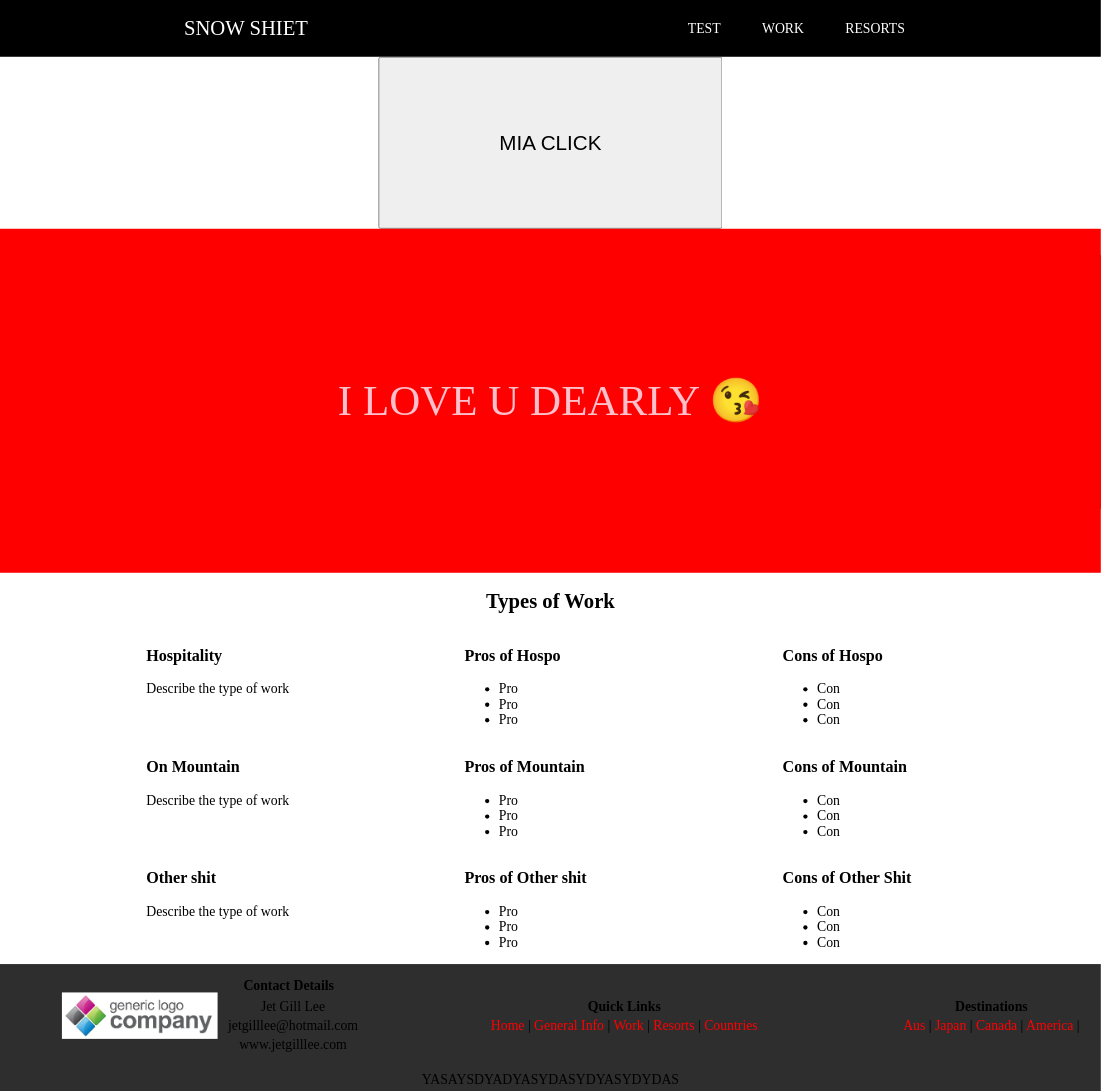
Repository: Jet-Gill-Lee/SnowSite
Page: work-overview.html
These files come from the project's save history. The page is drawn as it stood at one moment and after the next save; the edit follows.
The browser window is 1280 px wide. The pictures show the whole page, at 86% of full size.

Above is the page before, as saved 2021-07-25 00:17:17.

After the next save:
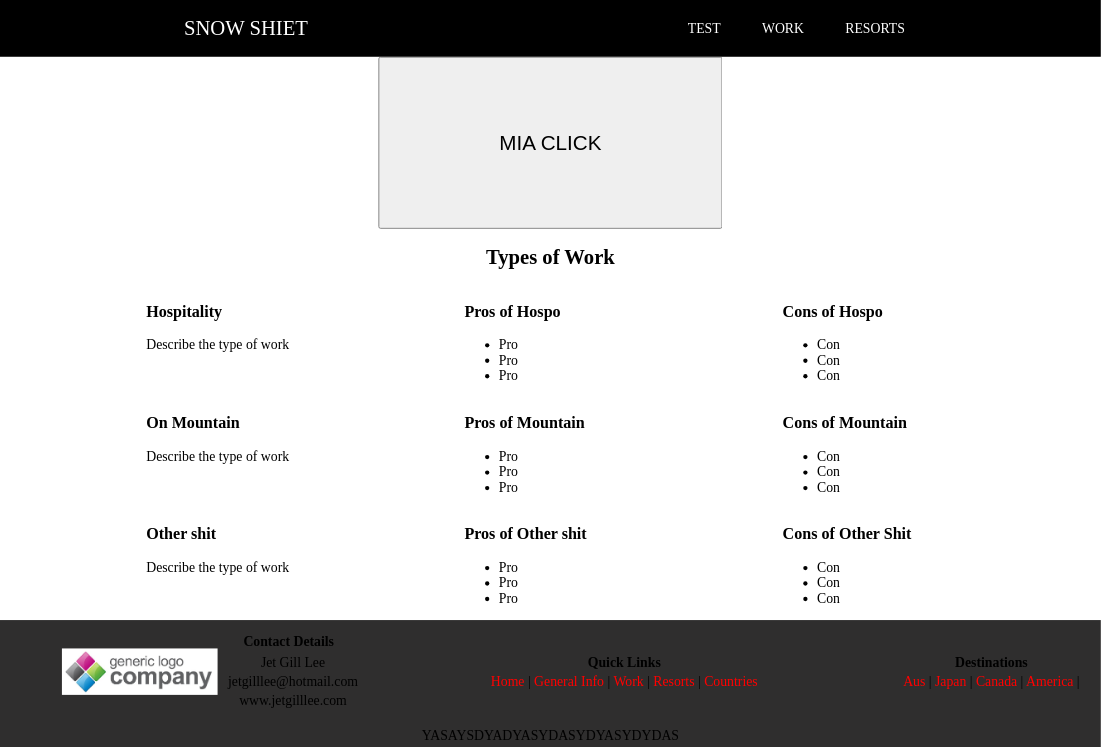
Saved 18 s later.
--- a/work-overview.html
+++ b/work-overview.html
@@ -27,7 +27,7 @@
     </div>
   </div>
   <button id="brodie-button" style='width:400px;height:200px;margin:auto;display:block;font-size:x-large'>MIA CLICK</button>
-  <div class="hero-text" style='width:100%;height:400px;font-size:50px;display:block;margin:auto;text-align:center;color:pink;background-color:red;line-height:400px;'>I LOVE U DEARLY 😘</div>
+  <div class="hero-text" style='width:100%;height:400px;font-size:50px;margin:auto;text-align:center;color:pink;background-color:red;line-height:400px;'>I LOVE U DEARLY 😘</div>
 <!-- MAIN -->
   <div id="page-main">
     <div id="main-info">
